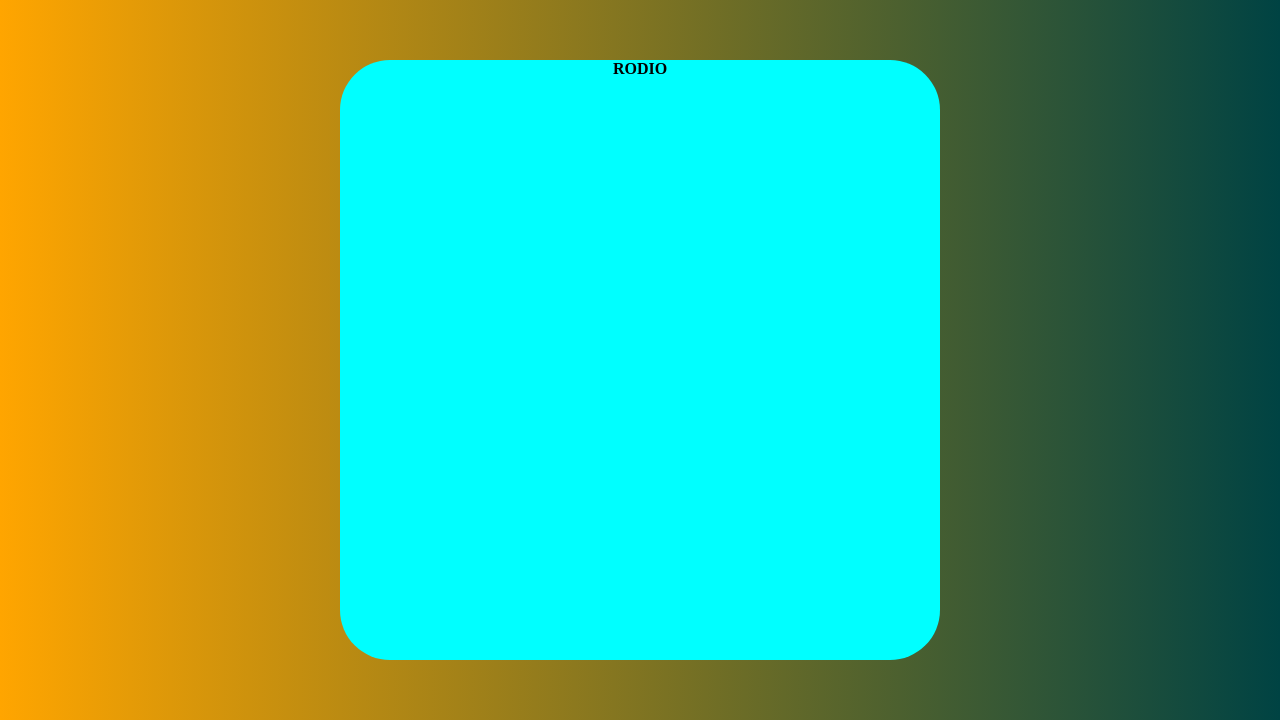
Repository: Alexandru-Morteanu/rodio
Page: /
These files come from the project's save history. The page is drawn as it stood at one moment and after the next save; the edit follows.
The browser window is 1280 px wide. The pictures show the whole page.
The project was rebuilt for these pictures with package versions that can differ from the ones it lists, and the page was loaded fresh each time.

Above is the page before, as saved 2023-01-29 19:02:23.

### public/index.html
<!DOCTYPE html>
<html lang="en">
  <head>
    <meta charset="utf-8" />
    <meta name="viewport" content="width=device-width, initial-scale=1" />
    <meta name="theme-color" content="#000000" />

    <title>RODIO</title>
  </head>
  <body>
    <div id="root"></div>
  </body>
</html>

### src/index.css
body {
  background: linear-gradient(to right, orange, rgb(0, 67, 67));
  margin: 0;
  height: 100vh;
  display: flex;
  justify-content: center;
  align-items: center;
}

### src/App.js
import React from 'react';
import './App.css';
import Homepage from "./pages/Homepage.js";
import {
  BrowserRouter as Router,
  Routes,
  Route,
  Link
} from "react-router-dom";
function App() {
  return (
    <div className="App">
      <div className='container'>
      <Router>

          <Routes>
            <Route exact path="/" element={<Homepage />} />
          </Routes>

      </Router>
      </div>
    </div>
  );
}

export default App;

### src/App.css
.App{
  display: flex;
  justify-content: center;
  align-items: center;
}
.container{
  height: 600px;
  width: 600px;
  background-color: aqua;
  border-radius: 50px;
  text-align: center;
}

### src/pages/Homepage.js
import React from 'react'
import "./Homepage.css"
function Homepage() {
  return (
    <div className='containerHome'>
        <b>RODIO</b>
    </div>
  )
}

export default Homepage

### src/pages/Homepage.css
.containerHome{
    height: 100%;
    width: 100%;
    text-align: center;
}

Loaded but not shown: src/index.js (common file)

After the next save:
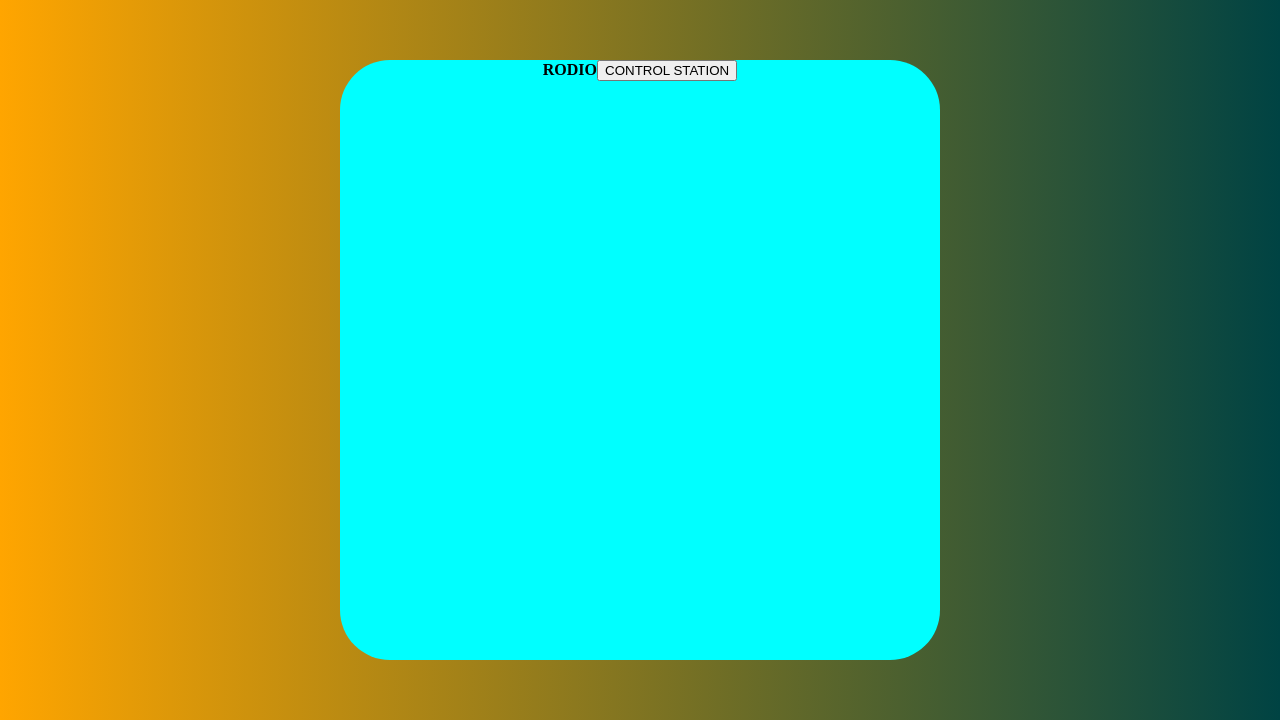
Saved 112 s later.
--- a/src/pages/Homepage.js
+++ b/src/pages/Homepage.js
@@ -4,6 +4,7 @@
   return (
     <div className='containerHome'>
         <b>RODIO</b>
+        <button>CONTROL STATION</button>
     </div>
   )
 }
